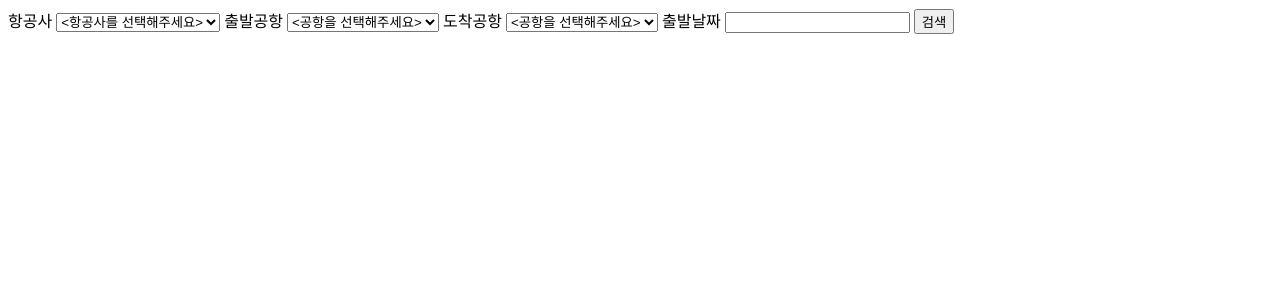
Repository: kwonism/Sky-Scanner
Page: http://localhost/proto/air.jsp
The author's editor kept a copy of each file at every save. The page is drawn from the files as they stood at one save, then again after the next save.
The browser window is 1280 px wide. The pictures show the whole page.
The page is served by Tomcat 9.

Above is the page before, as saved 2018-08-27 08:17:15.

After the next save:
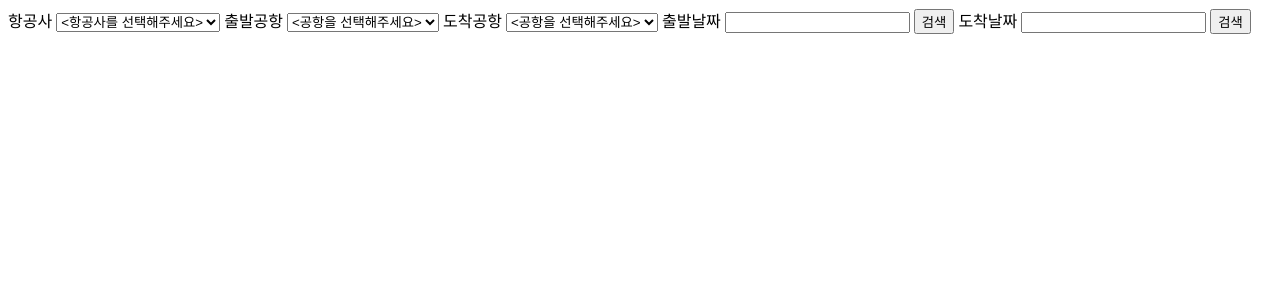
Saved 18 s later.
--- a/proto/proto/WebContent/air.jsp
+++ b/proto/proto/WebContent/air.jsp
@@ -58,6 +58,7 @@
 	<option value="NAARKTU">청주</option>
 </select>
 출발날짜 <input type="text" name="depdate" required> <button>검색</button>
+도착날짜 <input type="text" name="depdate" required> <button>검색</button>
 </form>
 </body>
 </html>
